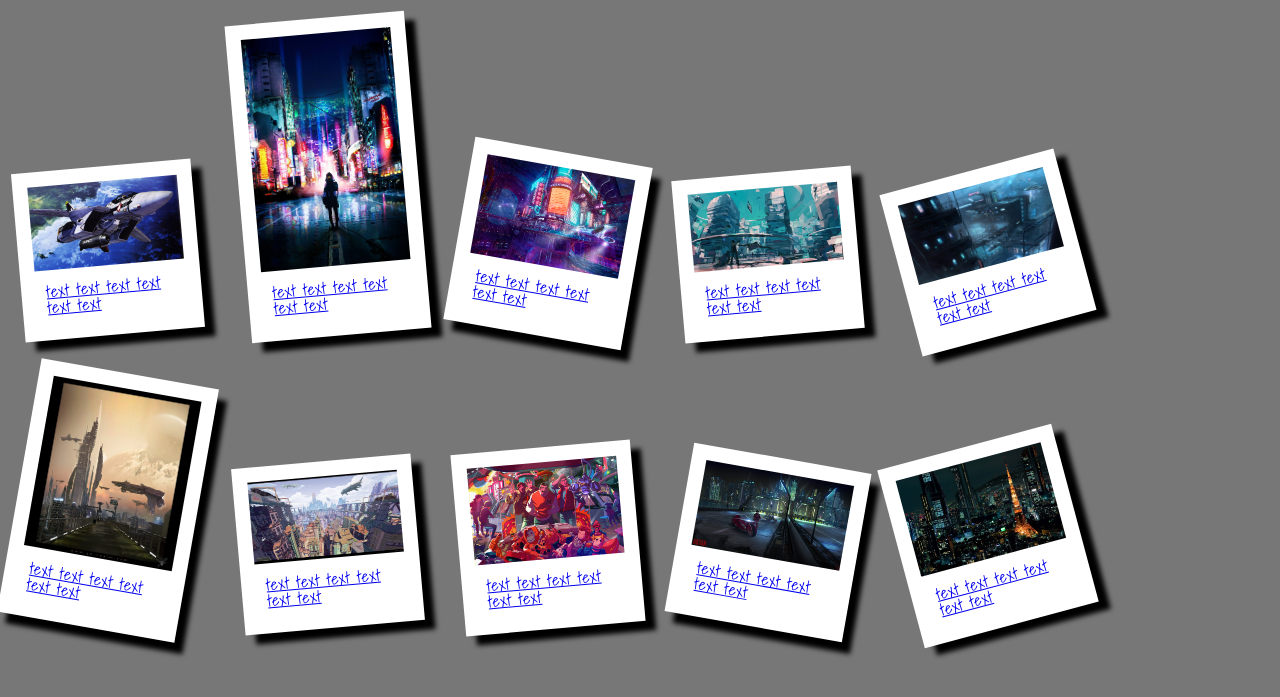
Repository: Marco30/1ik415-laborationer
Page: Gallery/index.html
The author's editor kept a record of every edit. The page is drawn from the files as they stood at one moment, then again after the next edit.
The browser window is 1280 px wide. The pictures show the whole page.

Above is the page before.

After the next edit:
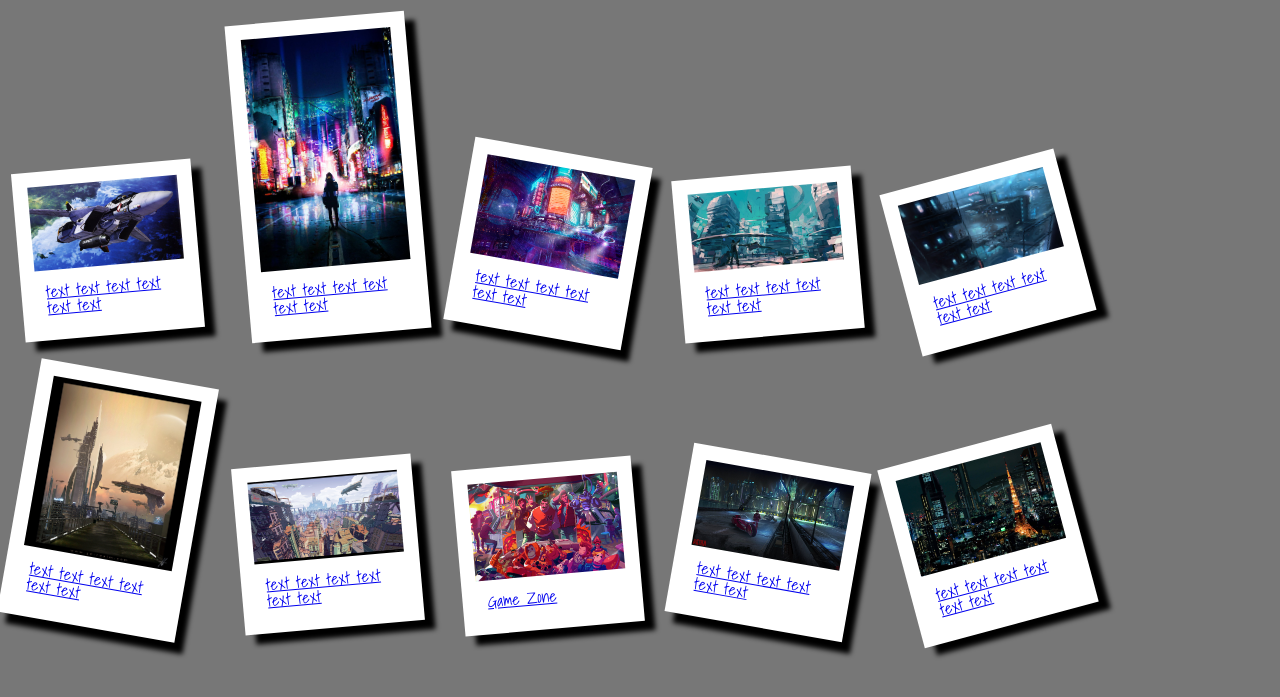
The edit:
--- a/Gallery/index.html
+++ b/Gallery/index.html
@@ -28,7 +28,7 @@
             <a href="pics/5.jpg" title="text text text text text text"><img src="pics/5.jpg" alt="bild 5"/></a>
             <a href="pics/6.jpg" title="text text text text text text"><img src="pics/6.jpg" alt="bild 6"/></a>
             <a href="pics/7.jpg" title="text text text text text text"><img src="pics/7.jpg" alt="bild 7"/></a>
-            <a href="pics/8.jpg" title="text text text text text text"><img src="pics/8.jpg" alt="bild 8"/></a>
+            <a href="pics/8.jpg" title="Game Zone"><img src="pics/8.jpg" alt="bild 8"/></a>
             <a href="pics/9.jpg" title="text text text text text text"><img src="pics/9.jpg" alt="bild 9"/></a>
             <a href="pics/10.jpg" title="text text text text text text"><img src="pics/10.jpg" alt="bild 10"/></a>
 
